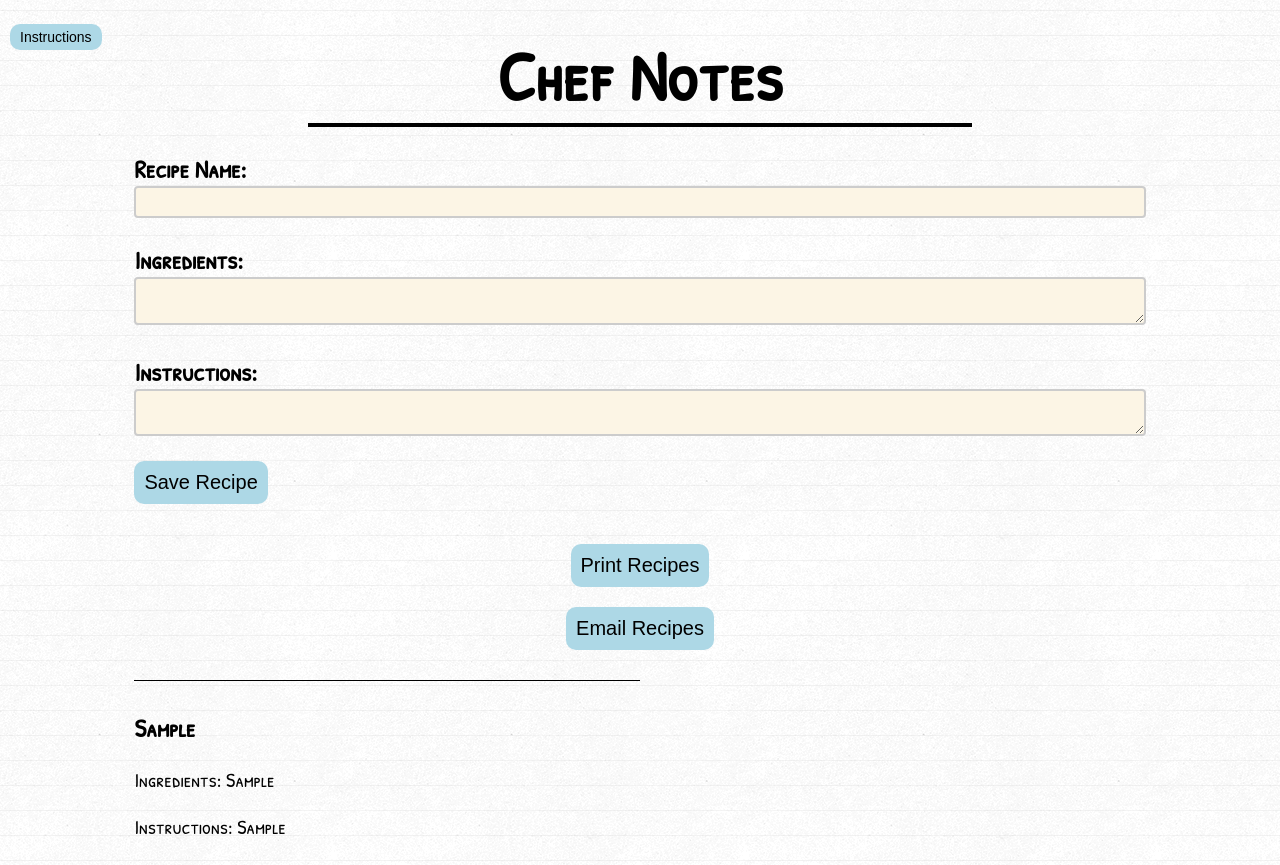
Repository: Chadloswald/RecipeSite
Page: docs/index.html
An editor plug-in stored every save of this project. The page is shown before and after the next save, followed by the edit.
The browser window is 1280 px wide. The pictures show the whole page.
Empty fields were first filled with sample values (such as "Sample", 5 or name@example.com).
After loading, the first visible `#saveButton` was clicked once.

Above is the page before, as saved 2023-05-29 18:54:34.

After the next save:
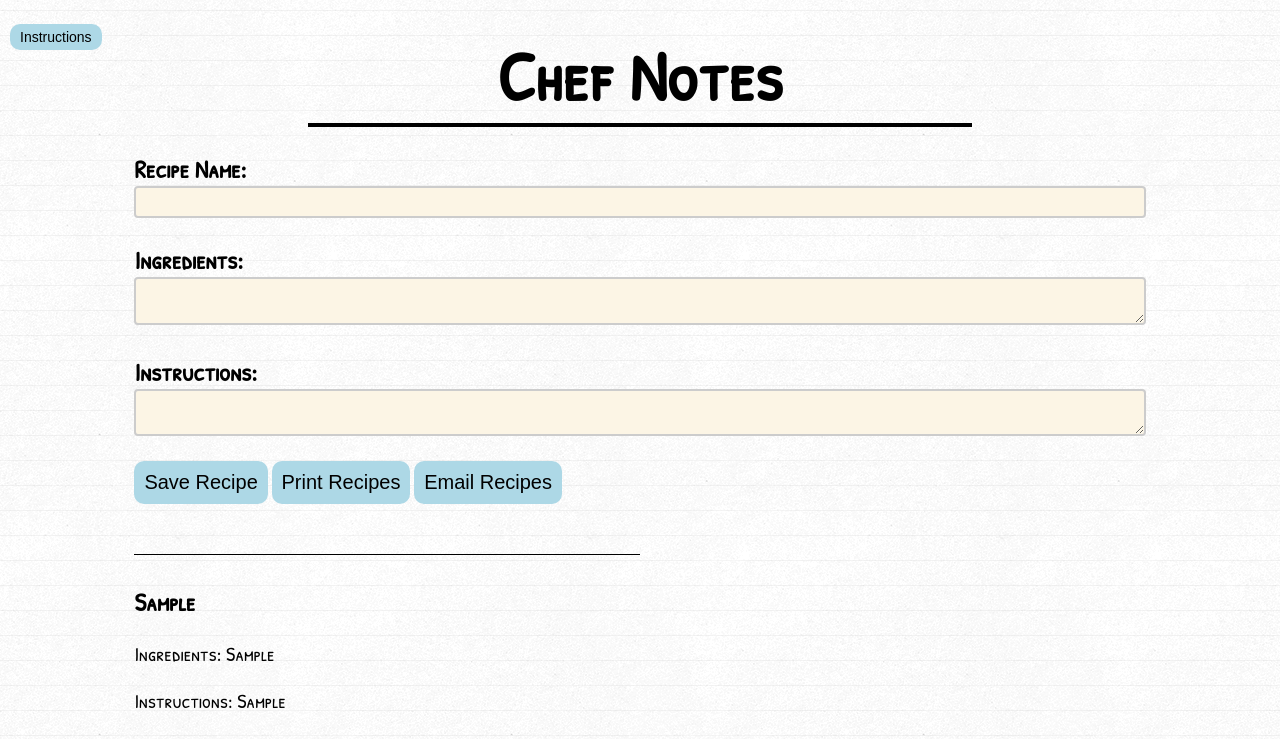
Saved 49 s later.
--- a/docs/scripts.js
+++ b/docs/scripts.js
@@ -10,8 +10,8 @@ document.addEventListener('DOMContentLoaded', function() {
 
   save.addEventListener('click', function() {
 
-    document.getElementById("printButton").style.display = "block";
-    document.getElementById("emailButton").style.display = "block";
+    document.getElementById("printButton").style.display = "inline";
+    document.getElementById("emailButton").style.display = "inline";
 
     const name = nameInput.value;
     const ingredients = ingredientsInput.value;
